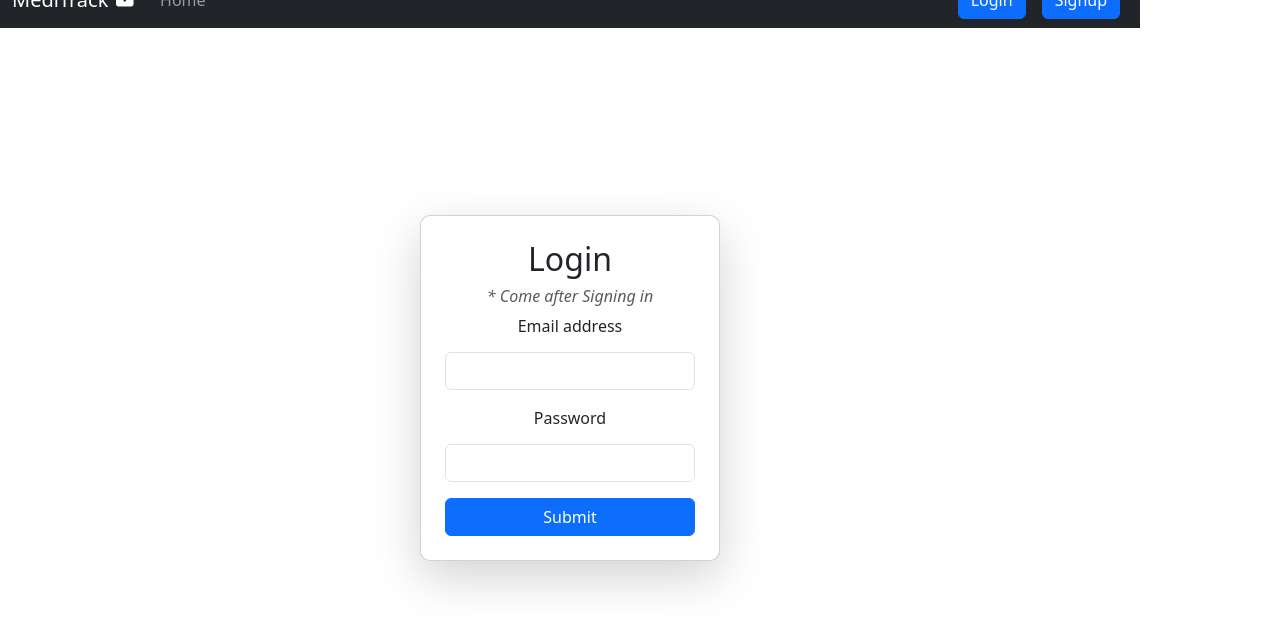
Repository: rahul-chakradhari/PillWise
Page: /login (app in frontend/)
The author's editor kept a copy of each file at every save. The page is drawn from the files as they stood at one save, then again after the next save.
The browser window is 1280 px wide. The pictures show the whole page.
The project was rebuilt for these pictures with package versions that can differ from the ones it lists, and the page was loaded fresh each time. Also part of the build but not shown: frontend/vite.config.js, frontend/src/components/Home.jsx, frontend/src/components/History.jsx, frontend/src/components/Remainder.jsx, frontend/src/components/Doctors.jsx, frontend/src/components/Healthy.jsx, frontend/src/components/Prescription.jsx, frontend/src/components/Signup.jsx.

Above is the page before, as saved 2025-03-10 15:20:31.

After the next save:
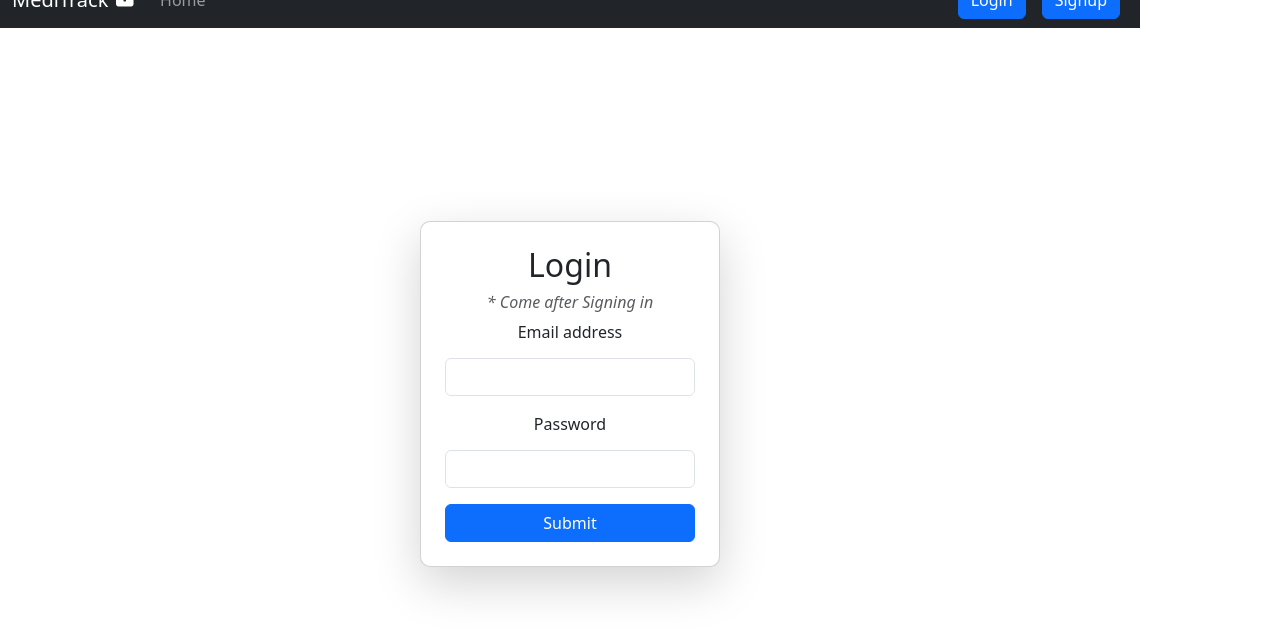
Saved 36 s later.
--- a/frontend/src/components/styles.css
+++ b/frontend/src/components/styles.css
@@ -238,6 +238,7 @@ body::-webkit-scrollbar {
 }
 
 .card {
+  margin-top: 12px !important;
   width: 100%;
   max-width: 300px;
   background: white;
